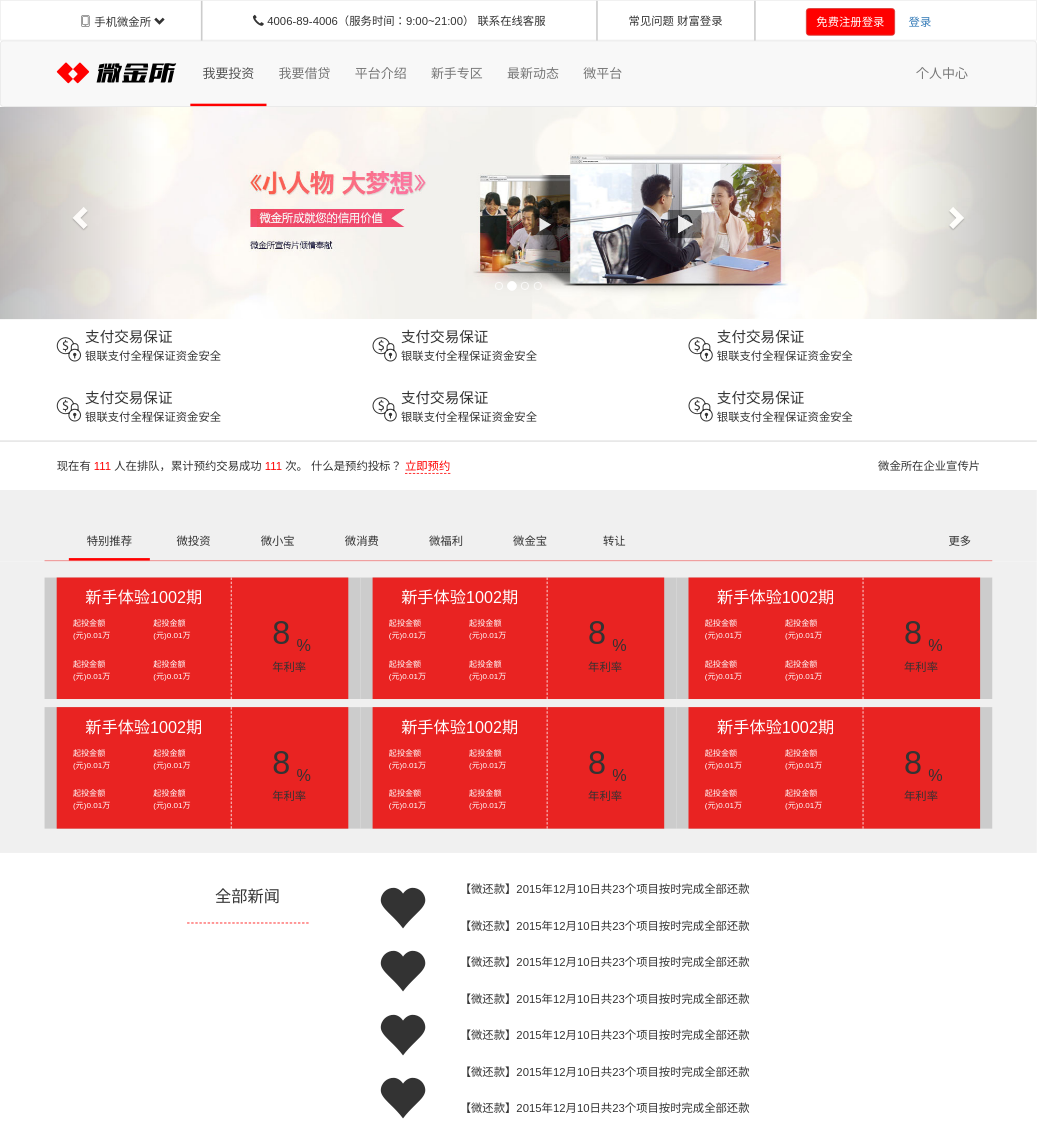
Repository: pwy114pwy/project_02
Page: 菜单.html
These files come from the project's save history. The page is drawn as it stood at one moment and after a run of saves; the edit follows.
The browser window is 1280 px wide. The pictures show the whole page, at 81% of full size.
The style sheet was rebuilt from its Sass, Less or Tailwind sources for each picture, by a compiler version that may differ from the author's.

Above is the page before, as saved 2022-11-23 18:19:00.

After the next 2 saves:
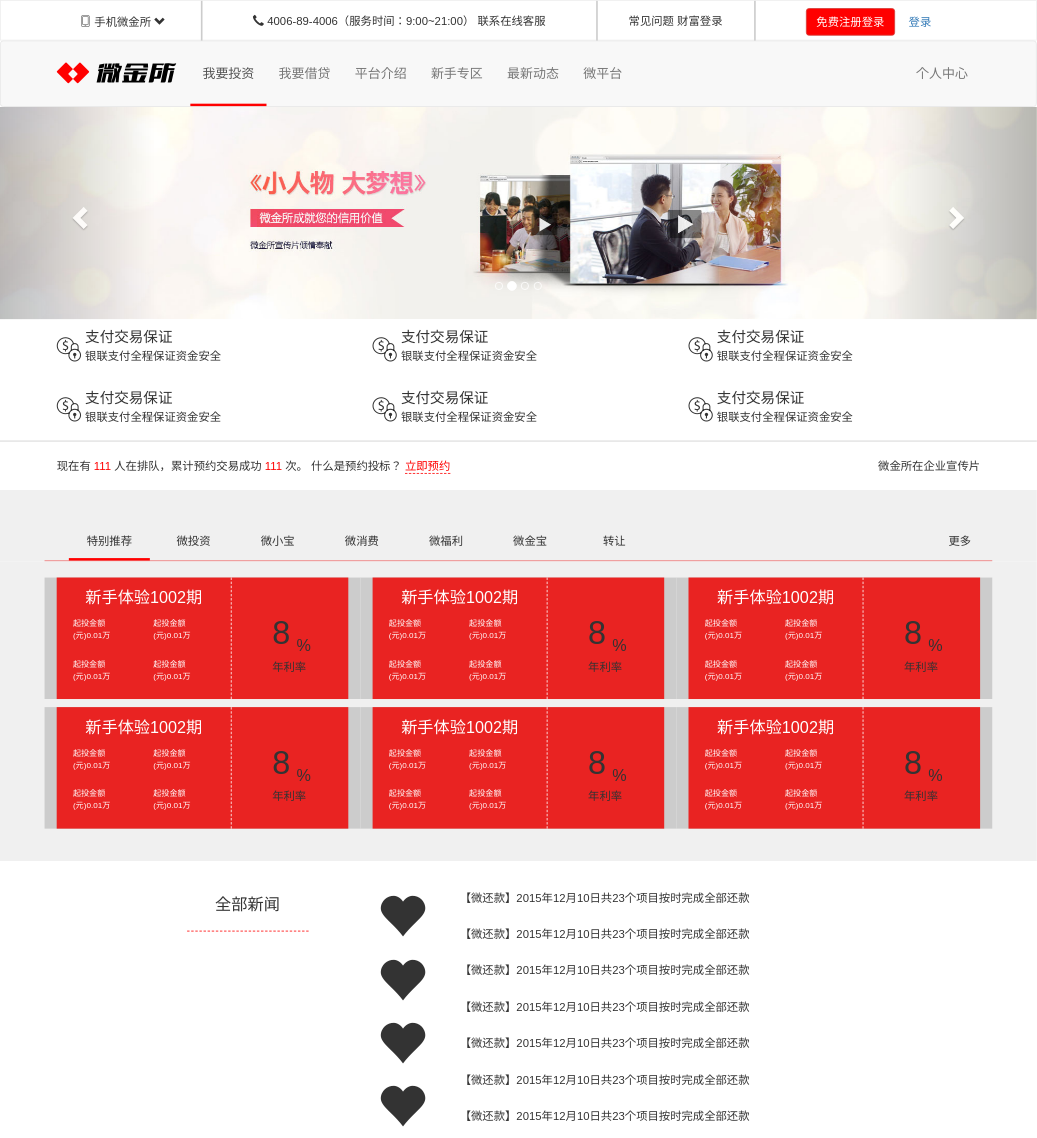
The 2 saves are shown as one change because they came seconds apart.
The last was saved 15 s later.
--- a/css/01.less
+++ b/css/01.less
@@ -217,7 +217,7 @@
 
     .row{
         padding-top: 10px;
-        padding-bottom: 30px;
+        padding-bottom: 40px;
         >div{
             margin-top: 10px;
             position: relative;
